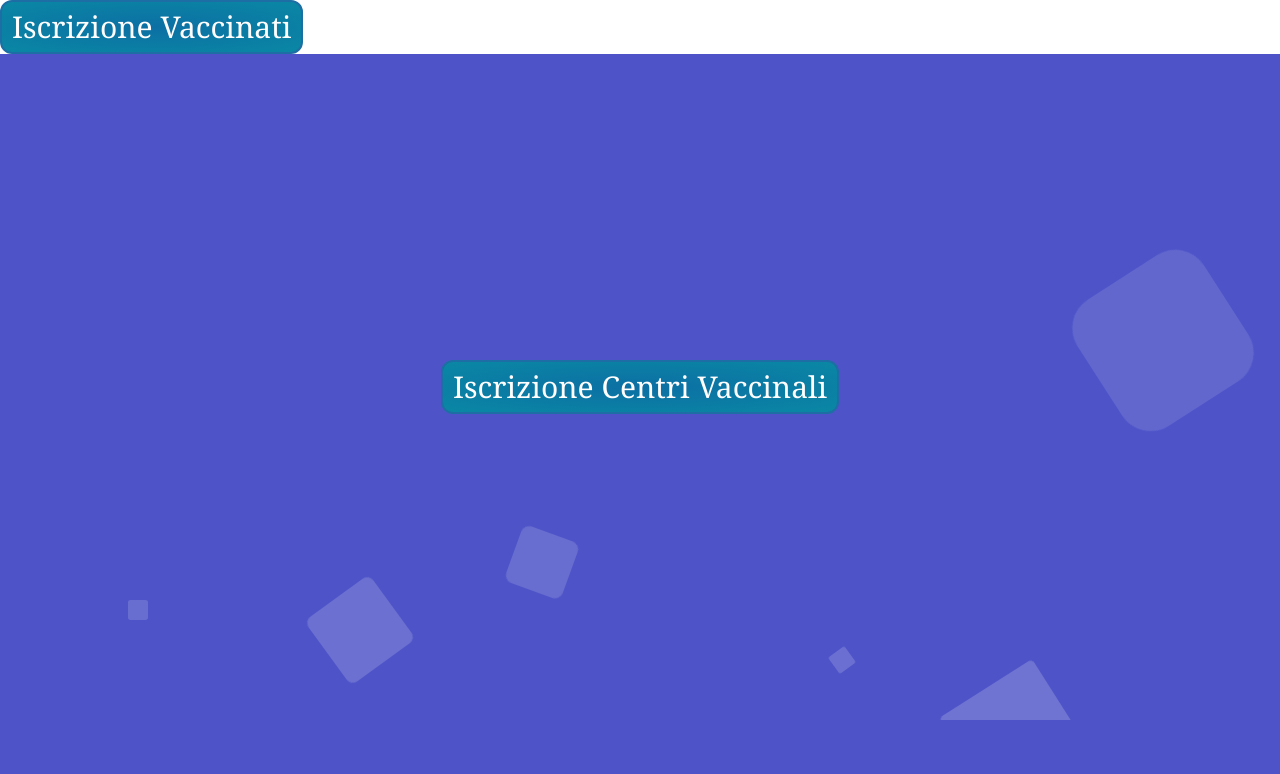
Repository: Jok98/CentriVaccinaliWebApp
Page: http://localhost/CentriVaccinaliOperatori/
These files come from the project's save history. The page is drawn as it stood at one moment and after the next save; the edit follows.
The browser window is 1280 px wide. The pictures show the whole page.
Some web fonts or font styles are not loaded; a fallback is used. The page is served by Tomcat 9.

Above is the page before, as saved 2022-09-24 14:02:50.

### CentriVaccinaliOperatori/src/main/webapp/index.jsp
<%@ page language="java" contentType="text/html; charset=ISO-8859-1"
	pageEncoding="ISO-8859-1"%>
<!DOCTYPE html>
<html>
<head>
<meta charset="ISO-8859-1">
<link rel="stylesheet" href="operatori.css">
<link rel="stylesheet" href="background.css">
<title>Operatori Centri Vaccinali</title>
</head>
<body>
	<div class="context" align=center>
		<form action="http://programminghead.com">
			<input class="button" class="context" type="submit"
				value="Iscrizione Centri Vaccinali">
		</form>
		<br> <br> <br>

	</div>
	<div>
	<button id="myButton" class="button">Iscrizione Vaccinati</button>
	<script type="text/javascript">
			document.getElementById("myButton").onclick = function() {
				location.href = "iscrizionecentrovax.jsp";
			};
		</script>
</div>
	<div class="area">
		<ul class="circles">
			<li></li>
			<li></li>
			<li></li>
			<li></li>
			<li></li>
			<li></li>
			<li></li>
			<li></li>
			<li></li>
			<li></li>
		</ul>
	</div>

</body>
</html>

### CentriVaccinaliOperatori/src/main/webapp/operatori.css
@charset "ISO-8859-1";

/* bottoni */
.button {
color: rgb(255, 255, 255);
font-size: 30px; line-height: 30px;
padding: 10px;
border-radius: 12px;
font-family: Georgia, serif;
font-weight: normal;
text-decoration: none;
font-style: normal;
font-variant: normal;
text-transform: none;
background-image: radial-gradient(at center center, rgb(12, 111, 164) 0%, rgb(10, 136, 164) 100%, rgb(12, 111, 164) 100%);
box-shadow: rgba(0, 0, 0, 0) 81px -57px 0px 0px;
border: 2px solid rgb(28, 110, 164);
display: inline-block;}
.button:hover {
background: #80c3ff; }
.button:active {
background: #1ca4ff; }

### CentriVaccinaliOperatori/src/main/webapp/background.css
@charset "ISO-8859-1";
@import url('https://fonts.googleapis.com/css?family=Exo:400,700');

*{
    margin: 0px;
    padding: 0px;
}

html{
    font-family: 'Exo', sans-serif;
}


.context {
    width: 100%;
    position: absolute;
    top:50vh;

}

.context h1{
    text-align: center;
    color: #fff;
    font-size: 50px;
}


.area{
    background: #4e54c8;
    background: -webkit-linear-gradient(to left, #8f94fb, #4e54c8);
    width: 100%;
    height:100vh;


}

.circles{
    position: absolute;
    top: 0;
    left: 0;
    width: 100%;
    height: 100%;
    overflow: hidden;
}

.circles li{
    position: absolute;
    display: block;
    list-style: none;
    width: 20px;
    height: 20px;
    background: rgba(255, 255, 255, 0.2);
    animation: animate 25s linear infinite;
    bottom: -150px;

}

.circles li:nth-child(1){
    left: 25%;
    width: 80px;
    height: 80px;
    animation-delay: 0s;
}


.circles li:nth-child(2){
    left: 10%;
    width: 20px;
    height: 20px;
    animation-delay: 2s;
    animation-duration: 12s;
}

.circles li:nth-child(3){
    left: 70%;
    width: 20px;
    height: 20px;
    animation-delay: 4s;
}

.circles li:nth-child(4){
    left: 40%;
    width: 60px;
    height: 60px;
    animation-delay: 0s;
    animation-duration: 18s;
}

.circles li:nth-child(5){
    left: 65%;
    width: 20px;
    height: 20px;
    animation-delay: 0s;
}

.circles li:nth-child(6){
    left: 75%;
    width: 110px;
    height: 110px;
    animation-delay: 3s;
}

.circles li:nth-child(7){
    left: 35%;
    width: 150px;
    height: 150px;
    animation-delay: 7s;
}

.circles li:nth-child(8){
    left: 50%;
    width: 25px;
    height: 25px;
    animation-delay: 15s;
    animation-duration: 45s;
}

.circles li:nth-child(9){
    left: 20%;
    width: 15px;
    height: 15px;
    animation-delay: 2s;
    animation-duration: 35s;
}

.circles li:nth-child(10){
    left: 85%;
    width: 150px;
    height: 150px;
    animation-delay: 0s;
    animation-duration: 11s;
}



@keyframes animate {

    0%{
        transform: translateY(0) rotate(0deg);
        opacity: 1;
        border-radius: 0;
    }

    100%{
        transform: translateY(-1000px) rotate(720deg);
        opacity: 0;
        border-radius: 50%;
    }

}

After the next save:
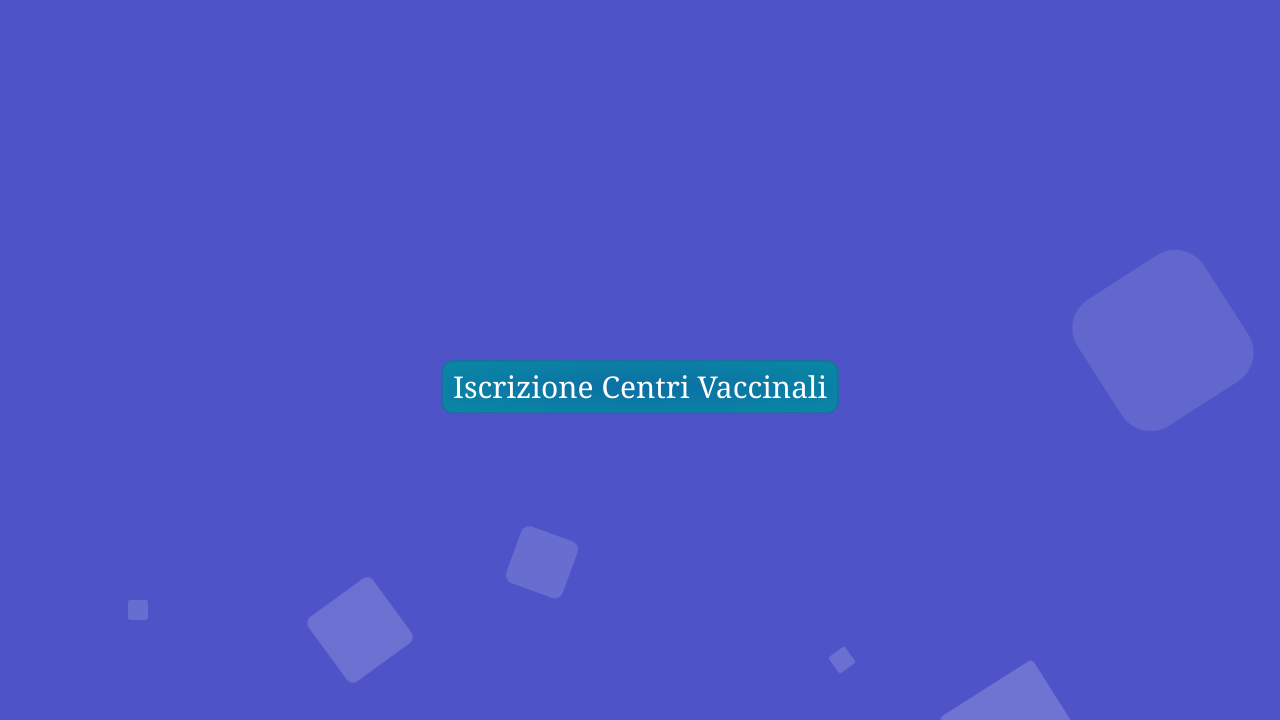
Saved 34 s later.
--- a/CentriVaccinaliOperatori/src/main/webapp/index.jsp
+++ b/CentriVaccinaliOperatori/src/main/webapp/index.jsp
@@ -11,20 +11,13 @@
 <body>
 	<div class="context" align=center>
 		<form action="http://programminghead.com">
-			<input class="button" class="context" type="submit"
+			<input class="button"  type="submit"
 				value="Iscrizione Centri Vaccinali">
 		</form>
 		<br> <br> <br>
 
 	</div>
-	<div>
-	<button id="myButton" class="button">Iscrizione Vaccinati</button>
-	<script type="text/javascript">
-			document.getElementById("myButton").onclick = function() {
-				location.href = "iscrizionecentrovax.jsp";
-			};
-		</script>
-</div>
+
 	<div class="area">
 		<ul class="circles">
 			<li></li>
